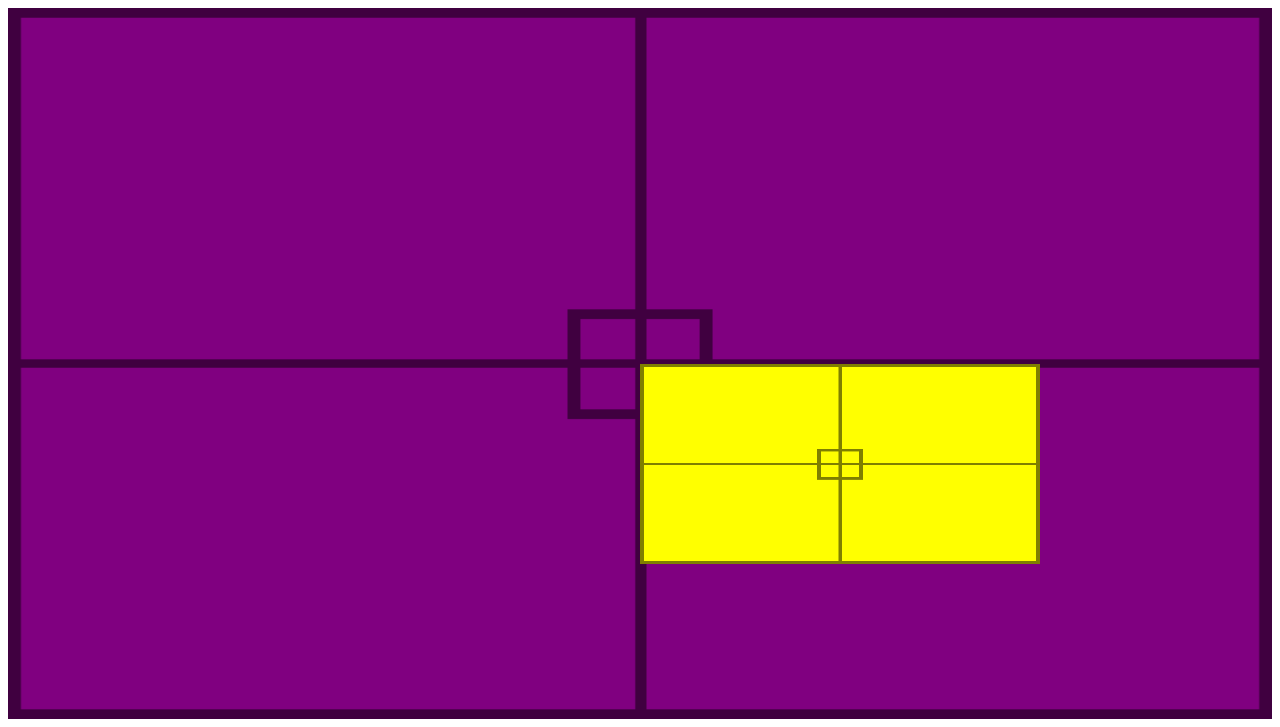
Repository: Leonngc/html-css
Page: Exercicios/ex023/fundo007.html
The author's editor kept a copy of each file at every save. The page is drawn from the files as they stood at one save, then again after a run of saves.
The browser window is 1280 px wide. The pictures show the whole page.

Above is the page before, as saved 2022-10-27 19:50:39.

### Exercicios/ex023/fundo007.html
<!DOCTYPE html>
<html lang="pt-br">
<head>
    <meta charset="UTF-8">
    <meta http-equiv="X-UA-Compatible" content="IE=edge">
    <meta name="viewport" content="width=device-width, initial-scale=1.0">
    <title>Alinhamento vertical</title>
    <style>
        #container{
            background-image: url(imagens/target001.png);
            background-size: 100% 100%;
            position: relative;
            height: 96vh;
            padding: 10px;
            background-color: purple;
        }

        #conteudo{
            background-image: url(imagens/target001.png);
            background-size: 100% 100%;
            position: absolute;
            height: 200px;
            width: 400px;
            background-color: yellow;

            left: 50%;
            top: 50%;

            transform: tr;
        }
    </style>
</head>
<body>
    <section id="container">
        <article id="conteudo">

        </article>
    </section>
</body>
</html>

After the next 5 saves:
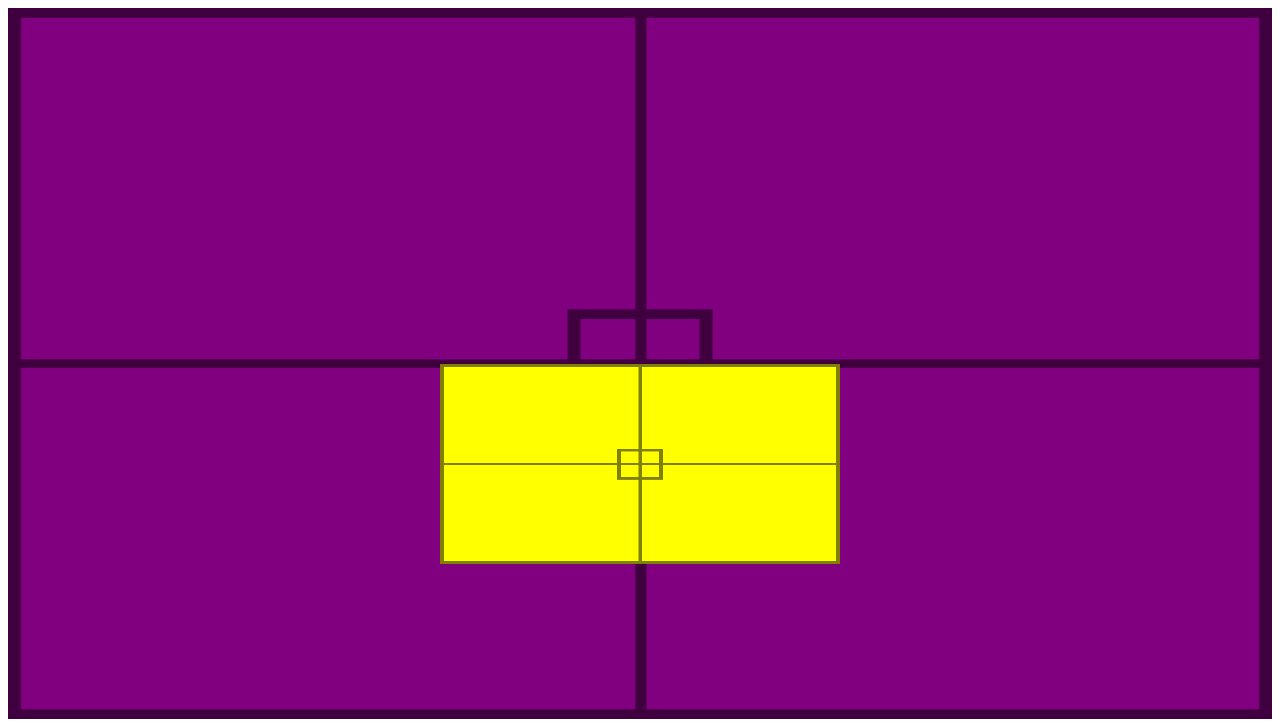
The 5 saves are shown as one change because they came seconds apart.
The last was saved 52 s later.
--- a/Exercicios/ex023/fundo007.html
+++ b/Exercicios/ex023/fundo007.html
@@ -26,7 +26,7 @@
             left: 50%;
             top: 50%;
 
-            transform: tr;
+            transform: translate(-50%);
         }
     </style>
 </head>
